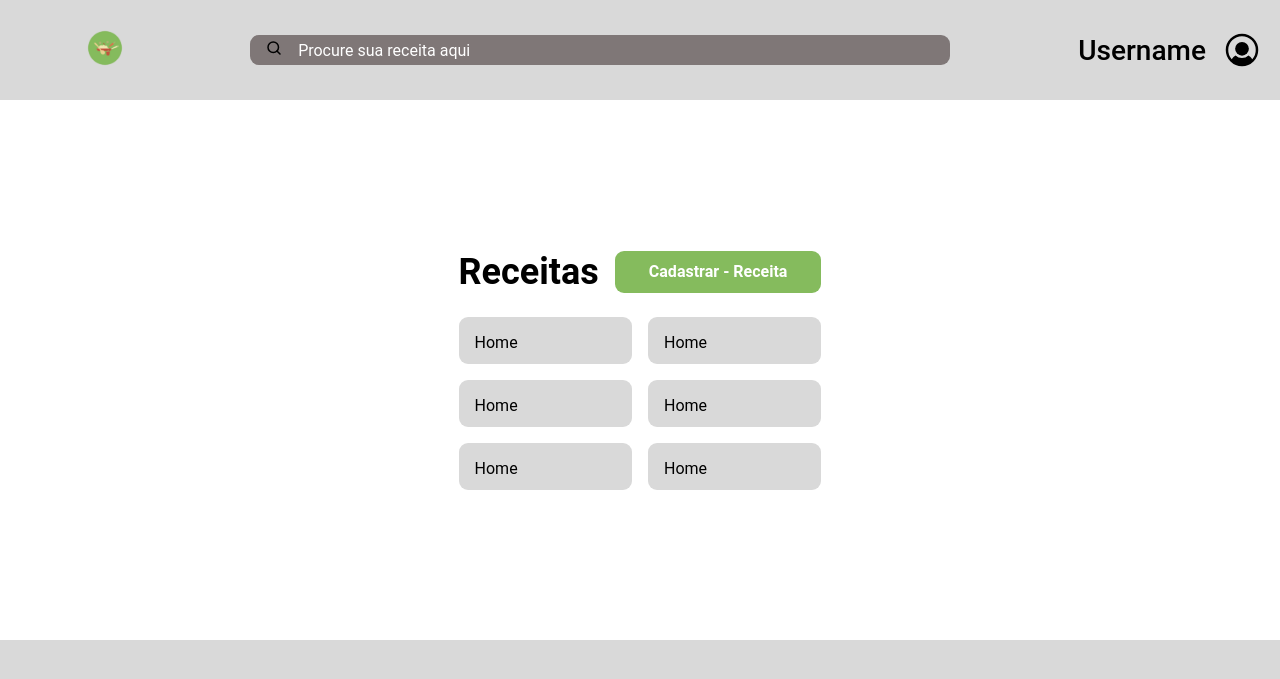
Repository: GabrielEduardoBrambilla/receitas-online
Page: /
The author's editor kept a copy of each file at every save. The page is drawn from the files as they stood at one save, then again after the next save.
The browser window is 1280 px wide. The pictures show the whole page.
The project was rebuilt for these pictures with package versions that can differ from the ones it lists, and the page was loaded fresh each time. Also part of the build but not shown: vite.config.js.

Above is the page before, as saved 2024-04-15 19:40:57.

After the next save:
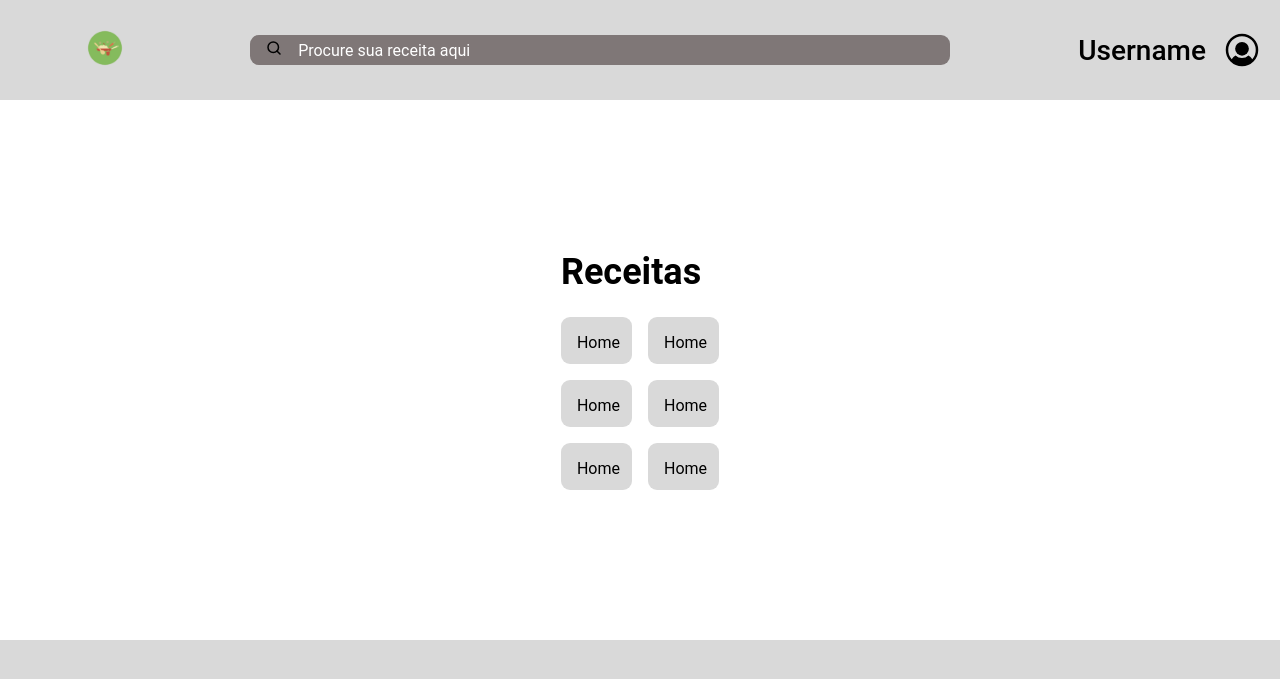
Saved 2 min 35 s later.
--- a/src/pages/Home/index.jsx
+++ b/src/pages/Home/index.jsx
@@ -11,19 +11,7 @@
     <main>
       <TitleWrapper>
         <h2>Receitas</h2>
-        <Dialog.Root>
-          <Dialog.Trigger asChild>
-            <button>Cadastrar - Receita</button>
-          </Dialog.Trigger>
-          <Dialog.Portal>
-            <Dialog.Overlay />
-            <Dialog.Content>
-              <Dialog.Title />
-              <Dialog.Description />
-              <Dialog.Close />
-            </Dialog.Content>
-          </Dialog.Portal>
-        </Dialog.Root>
+
       </TitleWrapper>
 
       <CardWrapper>
